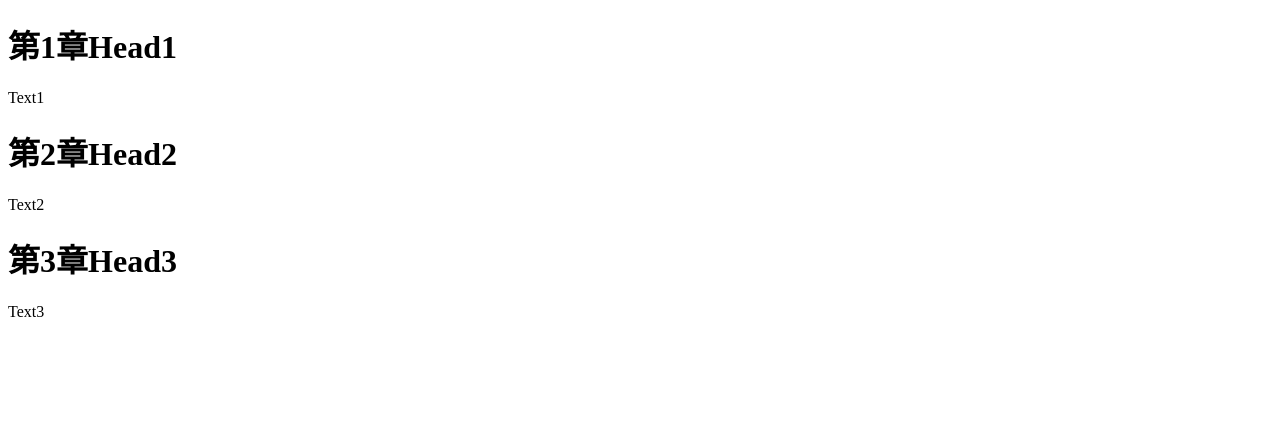
Repository: lixinso/html5
Page: workspace/CSS3/WebContent/selector_insert/selector_numbering_embeded.html
These files come from the project's save history. The page is drawn as it stood at one moment and after the next save; the edit follows.
The browser window is 1280 px wide. The pictures show the whole page.

Above is the page before, as saved 2011-05-27 16:15:43.

### workspace/CSS3/WebContent/selector_insert/selector_numbering_embeded.html
<?xml version="1.0" encoding="UTF-8" ?>
<!DOCTYPE html PUBLIC "-//W3C//DTD XHTML 1.0 Transitional//EN" "http://www.w3.org/TR/xhtml1/DTD/xhtml1-transitional.dtd">
<html xmlns="http://www.w3.org/1999/xhtml">
<head>
<meta http-equiv="Content-Type" content="text/html; charset=UTF-8" />
<title>Insert title here</title>
	<style type="text/css">

		h1:before{
			content: '第'counter(mycounter) '章';
		}
		h1{
			counter-increment: mycounter;
		}

		h2:before{
			content: '第'counter(mycounter) '章';
		}
		h2{
			counter-increment: mycounter;
			margin-left: 40px;
		}


	</style>
</head>
<body>


	<h1>Head1</h1>
	<p>Text1</p>
	<h1>Head2</h1>
	<p>Text2</p>
	<h1>Head3</h1>
	<p>Text3</p>

</body>
</html>

<!-- doesn't work -->

After the next save:
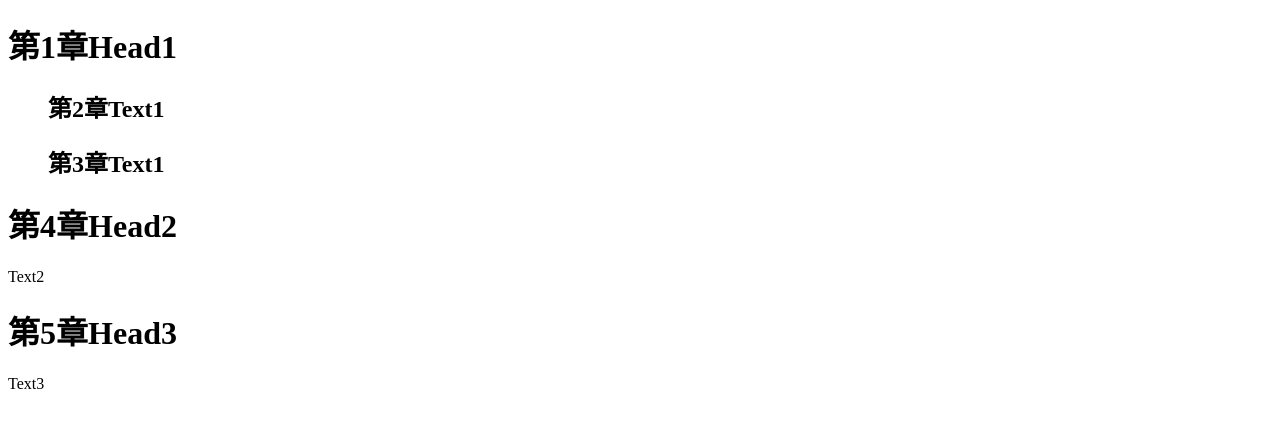
Saved 25 s later.
--- a/workspace/CSS3/WebContent/selector_insert/selector_numbering_embeded.html
+++ b/workspace/CSS3/WebContent/selector_insert/selector_numbering_embeded.html
@@ -28,7 +28,8 @@
 
 
 	<h1>Head1</h1>
-	<p>Text1</p>
+	<h2>Text1</h2>
+	<h2>Text1</h2>
 	<h1>Head2</h1>
 	<p>Text2</p>
 	<h1>Head3</h1>
